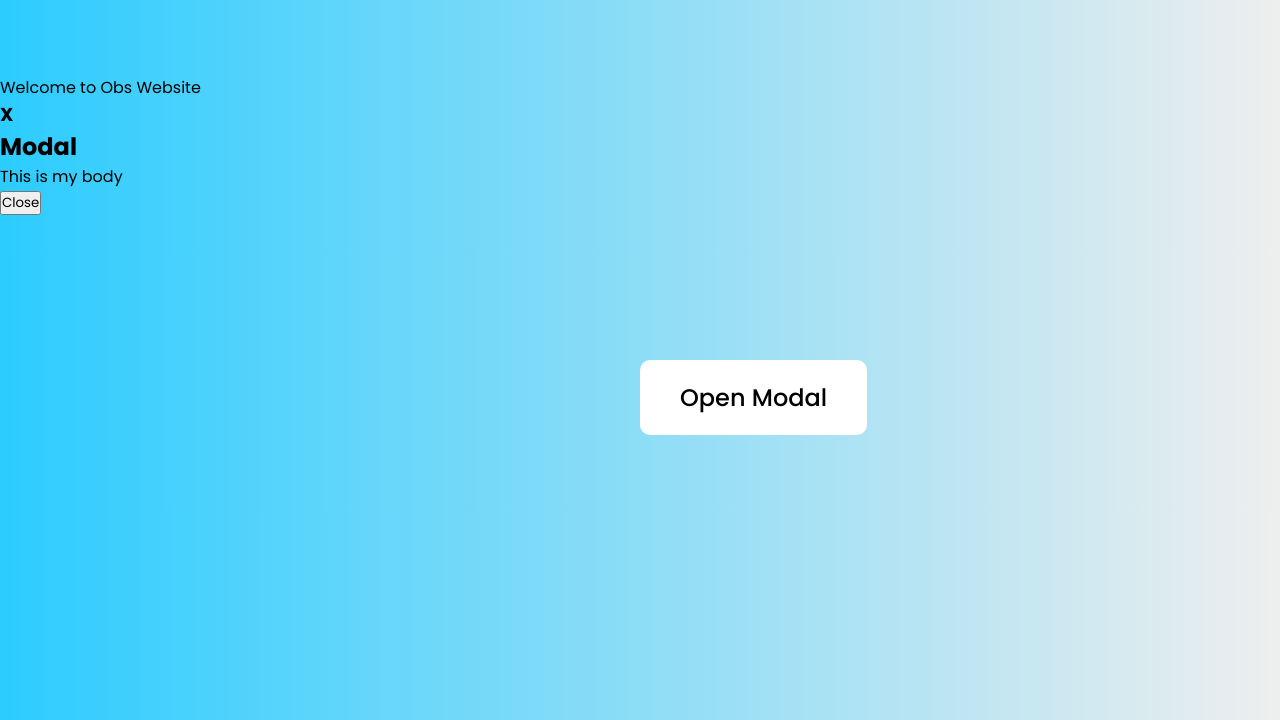
Repository: lausamtuong/Modal_card
Page: index.html
The author's editor kept a copy of each file at every save. The page is drawn from the files as they stood at one save, then again after a run of saves.
The browser window is 1280 px wide. The pictures show the whole page.
The style sheet was rebuilt from its Sass, Less or Tailwind sources for each picture, by a compiler version that may differ from the author's.

Above is the page before, as saved 2021-12-14 21:38:44.

### index.html
<!DOCTYPE html>
<html lang="en">
<head>
    <meta charset="UTF-8">
    <meta http-equiv="X-UA-Compatible" content="IE=edge">
    <meta name="viewport" content="width=device-width, initial-scale=1.0">
    <link rel="stylesheet" href="style.css">
    <link href="https://fonts.googleapis.com/css2?family=Poppins:wght@400;500;700&display=swap" rel="stylesheet">
    <title>Document</title>
</head>
<body>
    <button class="open__btn">Open Modal</button>
    <div class="modal">
        <div class="modal__inner">
            <div class="modal__heade">
                <p>Welcome to Obs Website</p>
                <h3>X</h3>
            </div>
            <div class="modal__body">
                <h2>Modal</h2>
                <p>This is my body</p>
            </div>
            <div class="modal__footer">
                <button class="modal__close-btn">Close</button>
            </div>
        </div>
    </div>
</body>
</html>

### style.scss
*{
    margin: 0;
    padding: 0;
    box-sizing: border-box;
    font-family: 'Poppins', sans-serif;
}
body{
    height: 100vh;
    background:  linear-gradient( to right,#2cccff ,#eee );;
}
.open__btn{
     position: relative;;
   top:50%;
   left:50%;
   outline: none;
   border: none;
   padding : 20px 40px;
   font-weight: 500;
   font-size: 1.5rem;
   border-radius: 10px;
   background-color:#fff;
   &:hover{
      opacity: 0.7;
       cursor: pointer;
       transition: 0.5s;
   }

}

After the next 4 saves:
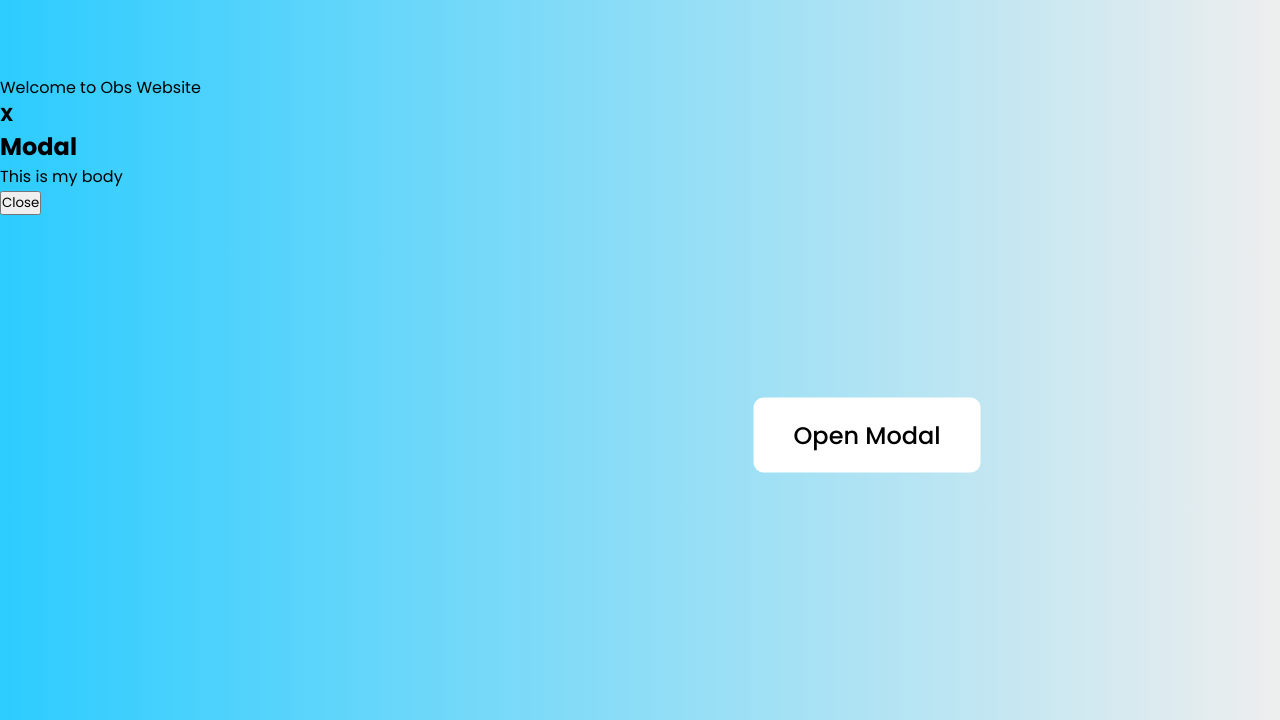
The 4 saves are shown as one change because 1 did not build or start and some came seconds apart.
The last was saved 15 s later.
--- a/style.scss
+++ b/style.scss
@@ -12,6 +12,7 @@ body{
      position: relative;;
    top:50%;
    left:50%;
+   transform: translate(50%,50%);
    outline: none;
    border: none;
    padding : 20px 40px;
